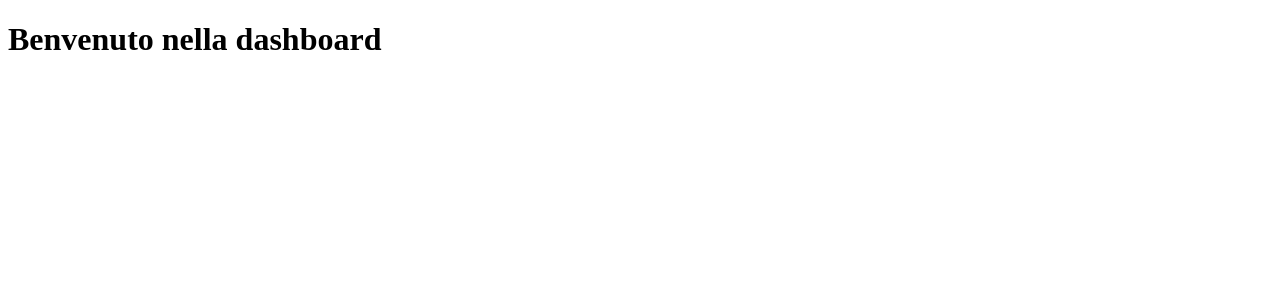
Repository: PcarloP/java_se
Page: http://localhost/anagraficaweb/jsp/header.jsp
The author's editor kept a copy of each file at every save. The page is drawn from the files as they stood at one save, then again after the next save.
The browser window is 1280 px wide. The pictures show the whole page.
The page is served by Tomcat 10.

Above is the page before, as saved 2025-06-22 10:03:34.

After the next save:
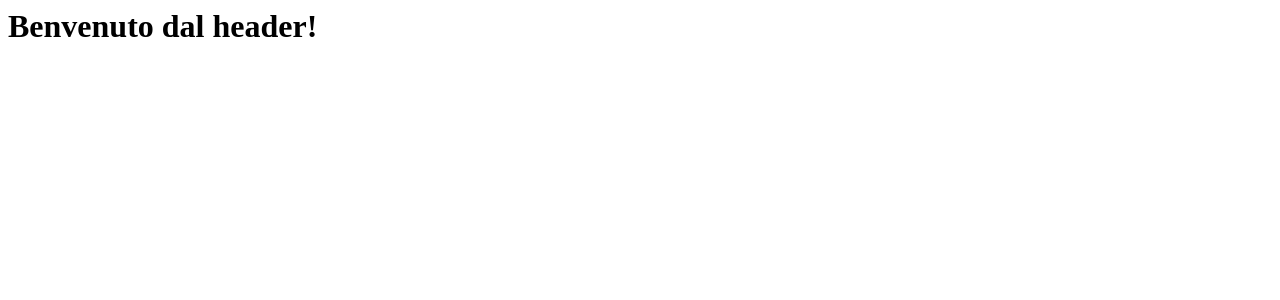
Saved 5 min 7 s later.
--- a/anagraficaweb/WebContent/jsp/header.jsp
+++ b/anagraficaweb/WebContent/jsp/header.jsp
@@ -1,15 +1,2 @@
-<%@ page language="java" contentType="text/html; charset=ISO-8859-1"
-	pageEncoding="ISO-8859-1"%>
-<!DOCTYPE html>
-<html>
-<head>
-    <meta charset="ISO-8859-1">
-    <title>dashboard</title>
-</head>
-<body>
-
-    <!-- Qui metti il contenuto visibile, oppure include altri file JSP -->
-    <h1>Benvenuto nella dashboard</h1>
-
-</body>
-</html>
+<!-- header.jsp -->
+<h1>Benvenuto dal header!</h1>
